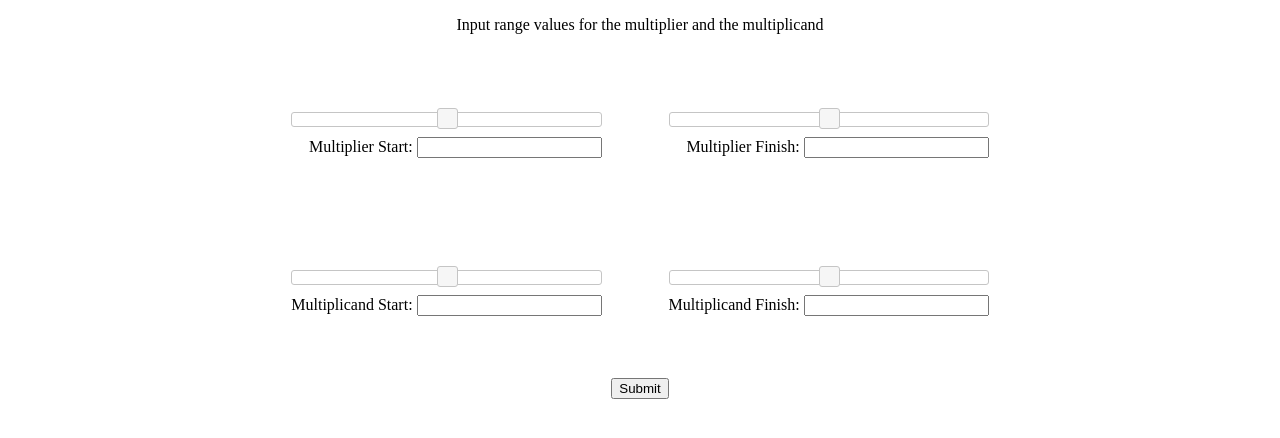
Repository: khrasna/HW4Part2
Page: index.html
These files come from the project's save history. The page is drawn as it stood at one moment and after the next save; the edit follows.
The browser window is 1280 px wide. The pictures show the whole page.
Some web libraries are served in a nearby version.

Above is the page before, as saved 2021-11-14 19:09:54.

### index.html
<!-- HTML file for Assignment 3
By Karsten Hrasna  email Karsten_Hrasna@student.uml.edu-->
<!DOCTYPE html>
<html>

<head>
    <title>Multiplication Table</title>
    <link rel="stylesheet" href="style.css">
    <script type="text/javascript" src="https://ajax.googleapis.com/ajax/libs/jquery/3.5.1/jquery.min.js"></script>
    <script type="text/javascript" src="dist/jquery.validate.min.js"></script>
    <script type="text/javascript" src="formvalidate.js"></script>
    <script type="text/javascript" src="https://ajax.googleapis.com/ajax/libs/jqueryui/1.11.4/jquery-ui.min.js"></script>
    <link rel="stylesheet" href="https://ajax.googleapis.com/ajax/libs/jqueryui/1.11.4/themes/smoothness/jquery-ui.css">
</head>

<body>
    <p>Input range values for the multiplier and the multiplicand</p>
    <div id="container">
        <!-- Learned from W3schools. Creates a form which takes number ranges for multiplier and multiplicand. -->

        <form id="FormInput" action="javascript:void(0);" method="get"> <!--Learned about javascript:void(0) from Dutchie432 at https://stackoverflow.com/questions/1818249/form-with-no-action-and-where-enter-does-not-reload-page-->
            <table>
                <tr>

                    <td class="pad">
                        <div id="slider-1"></div>
                        Multiplier Start: <input input="text" name="MultiplierStart">
                    </td>

                    <td>
                        <div id="slider-2"></div>
                        Multiplier Finish: <input type="text" name="MultiplierFinish">
                    </td>
                </tr>
                <tr>
                    <td class="pad">
                        <div id="slider-3"></div>
                        Multiplicand Start: <input type="text" name="MultiplicandStart">
                    </td>

                    <td>
                        <div id="slider-4"></div>
                        Multiplicand Finish: <input type="text" name="MultiplicandFinish">
                    </td>
                </tr>
            </table>
            <input type="submit" value="Submit"> <!--goes directly under form and processes the input to create a mult table-->
        </form>
    </div>


</body>

</html>

### style.css
/*Created by Karsten Hrasna. email: Karsten_Hrasna@student.uml.edu*/
html,
body {
    height: 97%;
    text-align: center;
}

#slider-1,
#slider-2,
#slider-3,
#slider-4 {
    margin-bottom: 10px;
    margin-top: 10px;
}

div#container {
    display: grid;
    grid-template-columns: 100%;
    /* top row of grid holds the form for input, the rest of page holds the multiplication table*/
    grid-template-rows: minmax(90px, 15%) auto;
    height: 97%;

}

#multTable {
    margin: auto;
    border-collapse: separate;
    border-spacing: 0;
    grid-row: 2;
    /*the dynamically sized multiplication table */
    margin-top: 0px;
    border-bottom: 0px;

}

input[type=submit] {
    /* submit button under form spaced here */
    margin-top: 10px;
    margin-bottom: 0px;
}

#multTable td,
th {
    border: solid;
    border-color: black;
    min-width: 70px;
    font-size: 30px;
    height: 70px;
}


#multTable th {
    position: sticky;
    top: 0px;
    border-right: solid;
    border-right-color: white;
    border-bottom: solid;
    border-bottom-color: white;
    background-color: black;
    color: white;

}

#multTable th:first-child {
    position: sticky;
    top: 70px;
    left: 0;
}


.sticky {
    position: fixed;
    top: 0px;
    /* get the headers to stay fixed on mult table */
    width: 100%;
}

#multTable tr:first-child th:first-child {
    border: none;
    background-color: white;
}

#multTable p.inputError {
    margin: 0px;
}

form {
    grid-row: 1;
    margin-bottom: 0px;
}

table {
    margin-left: auto;
    margin-right: auto;
}

form td {
    text-align: right;
    justify-content: right;
    padding: 50px;

    /*line up the input form textboxes*/
}

form p {
    margin: 0px;
}

td.pad {
    padding-right: 15px;
}

### formvalidate.js
$(function () {

    $("#slider-1").slider({
        min: -50,
        max: 50
    });
    $("#slider-2").slider({
        min: -50,
        max: 50
    });
    $("#slider-3").slider({
        min: -50,
        max: 50
    });
    $("#slider-4").slider({
        min: -50,
        max: 50
    });


    $.validator.addMethod("less", function (value, element, params) {
        return this.optional(element) || value <= params[0].value; //checks to make sure that the starts are less than the finishes, learned from
    });                                                           // https://jqueryvalidation.org/jQuery.validator.addMethod/

    var valid = $('input[value="Submit"]').on("click", function () {
        $("#multTable").remove();

        $("#FormInput").validate({
            onkeyup: false,     //this makes it so the validator doesnt update the error messages whenever new input is typed. only validates when submit is hit.
            onfocusout: false,  //learned about onkeyup, and onfocusout at https://www.sitepoint.com/jquery-validation-validate-form-submit/
            rules: {
                MultiplierStart: {
                    digits: true,
                    less: $('input[name="MultiplierFinish"]'),
                    required: true,
                    range: [-50, 50]
                },
                MultiplierFinish: {
                    required: true,
                    digits: true,
                    range: [-50, 50]
                },

                MultiplicandStart: {
                    digits: true,
                    less: $('input[name="MultiplicandFinish"]'),
                    required: true,
                    range: [-50, 50]
                },

                MultiplicandFinish: {
                    digits: true,
                    required: true,
                    range: [-50, 50]
                }
            },

            messages: {
                MultiplierStart: {
                    digits: "Multiplier Start must be a digit",
                    required: "Multiplier Start must be a digit between -50 and 50",
                    range: "The range of Multiplier Start must stay within -50 and 50",
                    less: "The value of Multiplier Start must be less than or equal to Multiplier Finish."
                },

                MultiplierFinish: {
                    digits: "Multiplier Finish must be a digit",
                    required: "Multiplier Finish must be a digit between -50 and 50",
                    range: "The range of Multiplier Finish must stay within -50 and 50",
                },

                MultiplicandStart: {
                    digits: "Multiplicand Start must be a digit",
                    required: "Multiplicand Start must be a digit between -50 and 50",
                    range: "The range of Multiplicand Start must stay within -50 and 50",
                    less: "The value of Multiplicand Start must be less than or equal to Multiplicand Finish."
                },

                MultiplicandFinish: {
                    digits: "Multiplicand Finish must be a digit",
                    required: "Multiplicand Finish must be a digit between -50 and 50",
                    range: "The range of Multiplicand Finish must stay within -50 and 50",
                }
            },

            errorPlacement: function (error, element) {
                $(error).appendTo($(('#FormInput')));
            },
            errorElement: "p"

        });

        if ($("#FormInput").valid()) {
            process();
        }

    });

});

function process() {
    debugger;
    var multStart = $('input[name="MultiplierStart"]').val();
    var multFinish = $('input[name="MultiplierFinish"]').val();
    var multiplicandStart = $('input[name="MultiplicandStart"]').val();
    var multiplicandFinish = $('input[name="MultiplicandFinish"]').val();


    if (document.getElementById("multTable")) { //remove old table
            var old = document.getElementById("multTable");
            old.remove();
    };

     //clear old table and create a table with size based on input given
        const top = [];
        const left = []; //these will hold the values of the multiplier and multiplicand
        var rows = multFinish - multStart;
        var cols = multiplicandFinish - multiplicandStart;
        var d = document.getElementById("container");
        for (var i = 0; i <= rows; i++) {
            left[i] = (+multiplicandStart + +i); //the + before variable name turns them into integers for addition
        }
        for (var i = 0; i <= cols; i++) {
            top[i] = (+multStart + +i);
        }
        var table = createTable(rows, cols, top, left); //create table based on total rows and cols, and top and left are the sets of multipliers and multiplicands
        table.id = "multTable";
        d.append(table);
}

function createTable(rows, cols, top, left) {
    var t = document.createElement('table');
    for (var x = 0; x <= rows + 1; x++) { // rows and cols + 1 to indicate ranges of numbers
        var r = document.createElement('tr');
        t.appendChild(r);
        for (var y = 0; y <= cols + 1; y++) {   //creates the cols of the table row by row
            if (x == 0) {
                var c = document.createElement('th'); //create and insert element based on position in table
                c.id = "topHeader";
                if (y != 0) {
                    c.innerHTML = top[y - 1]; // - 1 because it is moved over 1 to the right
                }
            } else if (y == 0) {
                var c = document.createElement('th');
                if (x != 0) {
                    c.innerHTML = left[x - 1];
                }
            } else {
                var c = document.createElement('td');
                c.innerHTML = top[y - 1] * left[x - 1];
                if (((y % 2) + (x % 2)) == 0 || ((y % 2) + (x % 2)) == 2) { // checker board effect
                    c.style.backgroundColor = "gray";
                }

            }
            r.appendChild(c);
        }
    }

    return t;
}

Loaded but not shown: dist/jquery.validate.min.js (library)

After the next save:
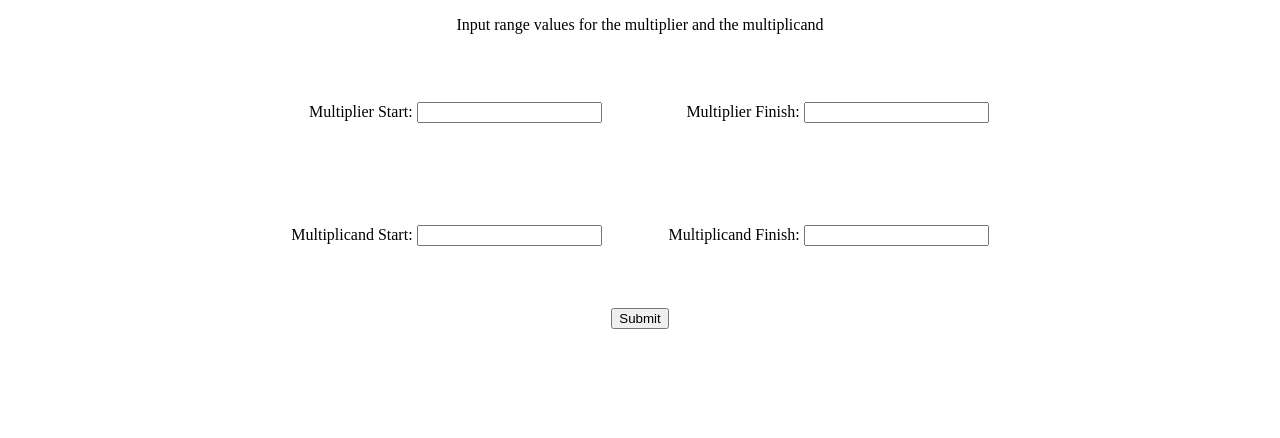
Saved 2 min 18 s later.
--- a/index.html
+++ b/index.html
@@ -23,23 +23,23 @@ By Karsten Hrasna  email Karsten_Hrasna@student.uml.edu-->
                 <tr>
 
                     <td class="pad">
-                        <div id="slider-1"></div>
+                        <div class="slider"></div>
                         Multiplier Start: <input input="text" name="MultiplierStart">
                     </td>
 
                     <td>
-                        <div id="slider-2"></div>
+                        <div class="slider"></div>
                         Multiplier Finish: <input type="text" name="MultiplierFinish">
                     </td>
                 </tr>
                 <tr>
                     <td class="pad">
-                        <div id="slider-3"></div>
+                        <div class="slider"></div>
                         Multiplicand Start: <input type="text" name="MultiplicandStart">
                     </td>
 
                     <td>
-                        <div id="slider-4"></div>
+                        <div class="slider"></div>
                         Multiplicand Finish: <input type="text" name="MultiplicandFinish">
                     </td>
                 </tr>
